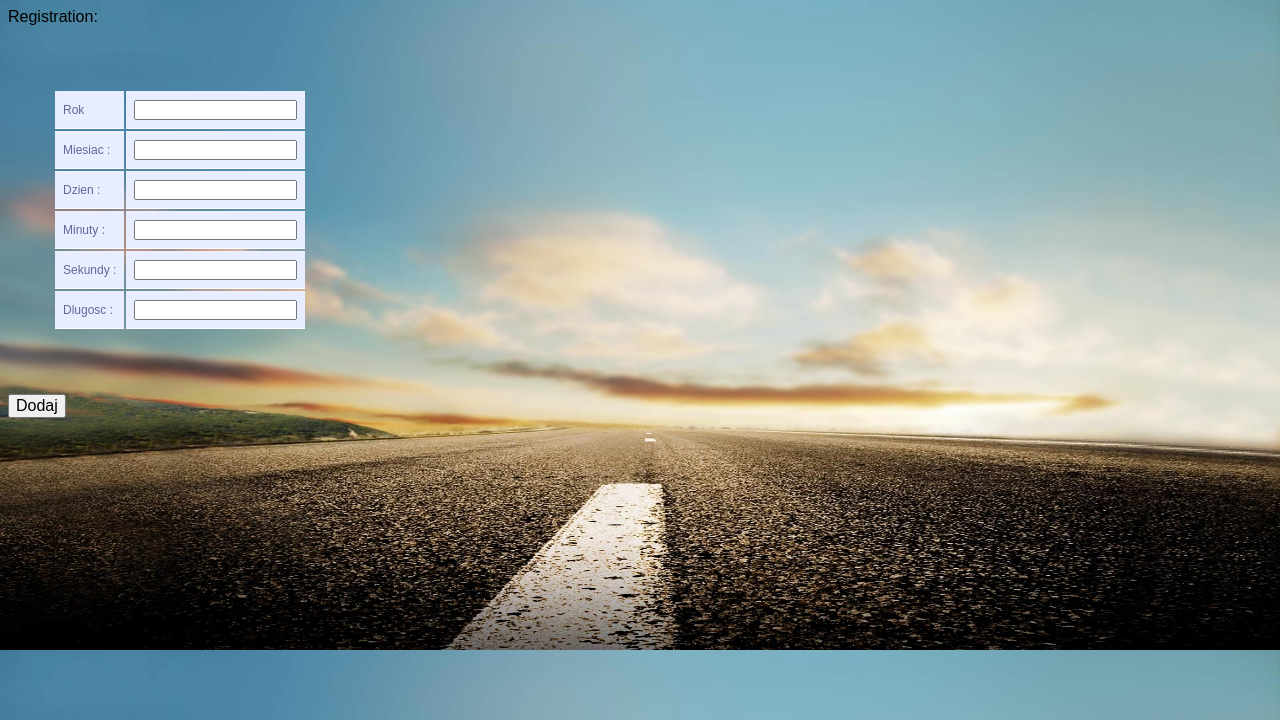
Repository: zlenyk/wrzucak
Page: Shop/WebContent/addTraining.html
These files come from the project's save history. The page is drawn as it stood at one moment and after the next save; the edit follows.
The browser window is 1280 px wide. The pictures show the whole page.

Above is the page before, as saved 2013-09-25 12:09:24.

After the next save:
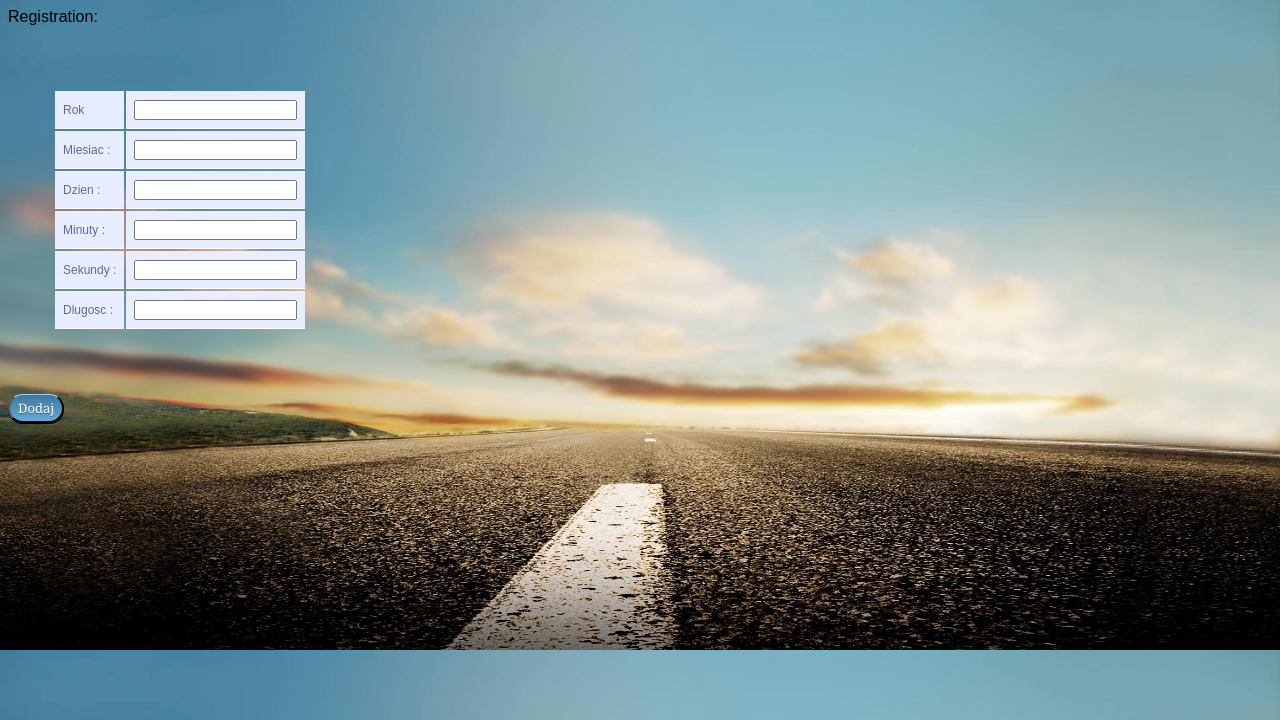
Saved 10 s later.
--- a/Shop/WebContent/addTraining.html
+++ b/Shop/WebContent/addTraining.html
@@ -31,7 +31,7 @@
 	    </table>
     </div>
     <br />
-    <input type="submit" value="Dodaj" />
+    <input class = "button" type="submit" value="Dodaj" />
   </form>
 </body>
 </html>
